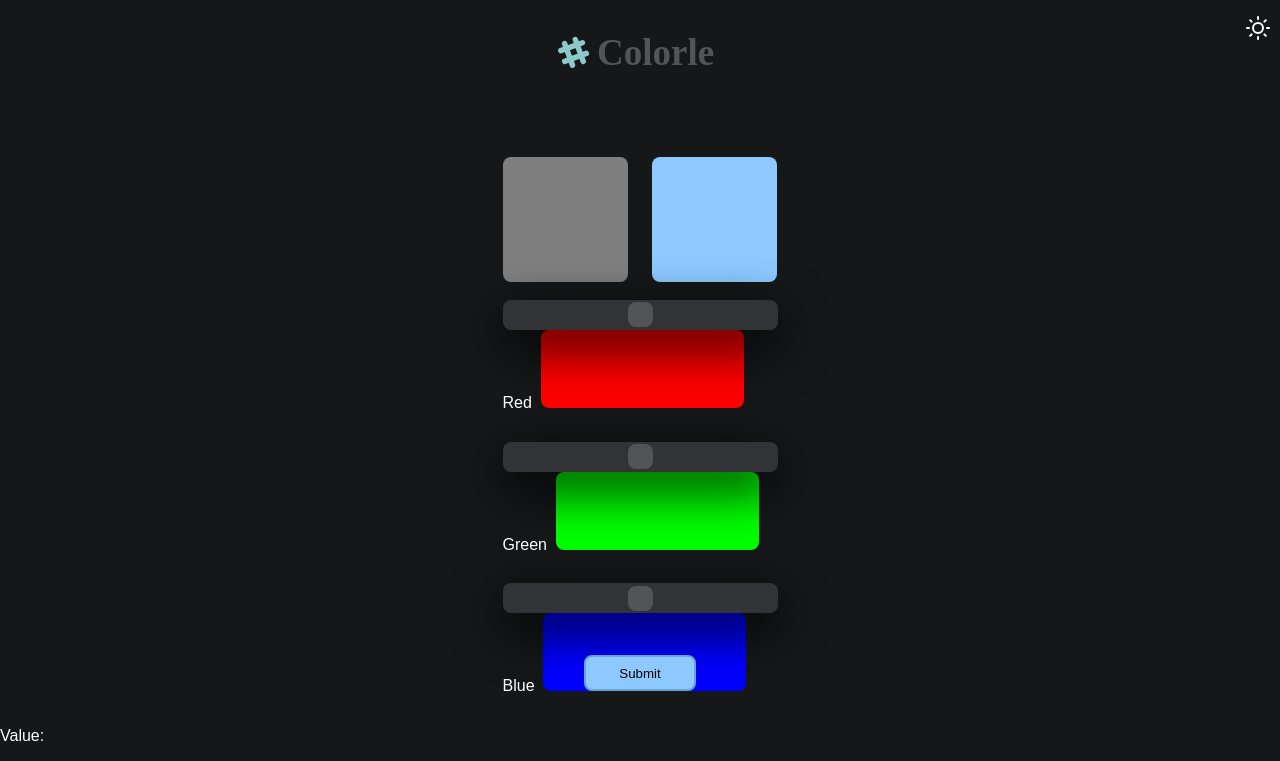
Repository: Artem-Melnik/Colorle
Page: index.html
These files come from the project's save history. The page is drawn as it stood at one moment and after the next save; the edit follows.
The browser window is 1280 px wide. The pictures show the whole page.

Above is the page before, as saved 2022-05-15 11:57:32.

After the next save:
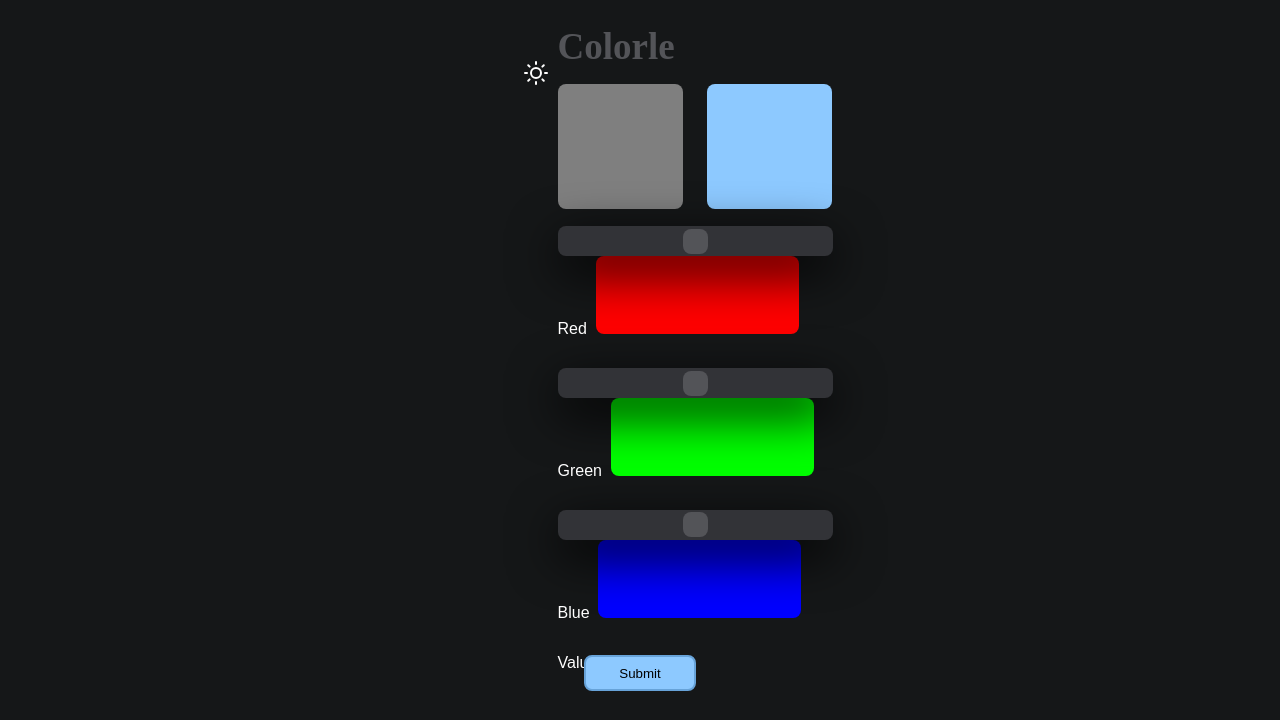
Saved 13 s later.
--- a/index.html
+++ b/index.html
@@ -31,7 +31,7 @@
     <div id="app"></div>
     <div class="topBar">
       <div id="header">
-        <img id="logo" src="assets/logo.svg">
+        <object id="logo" src="assets/logo.svg">
         <p id="title">Colorle</p>
       </div>
       <p>
